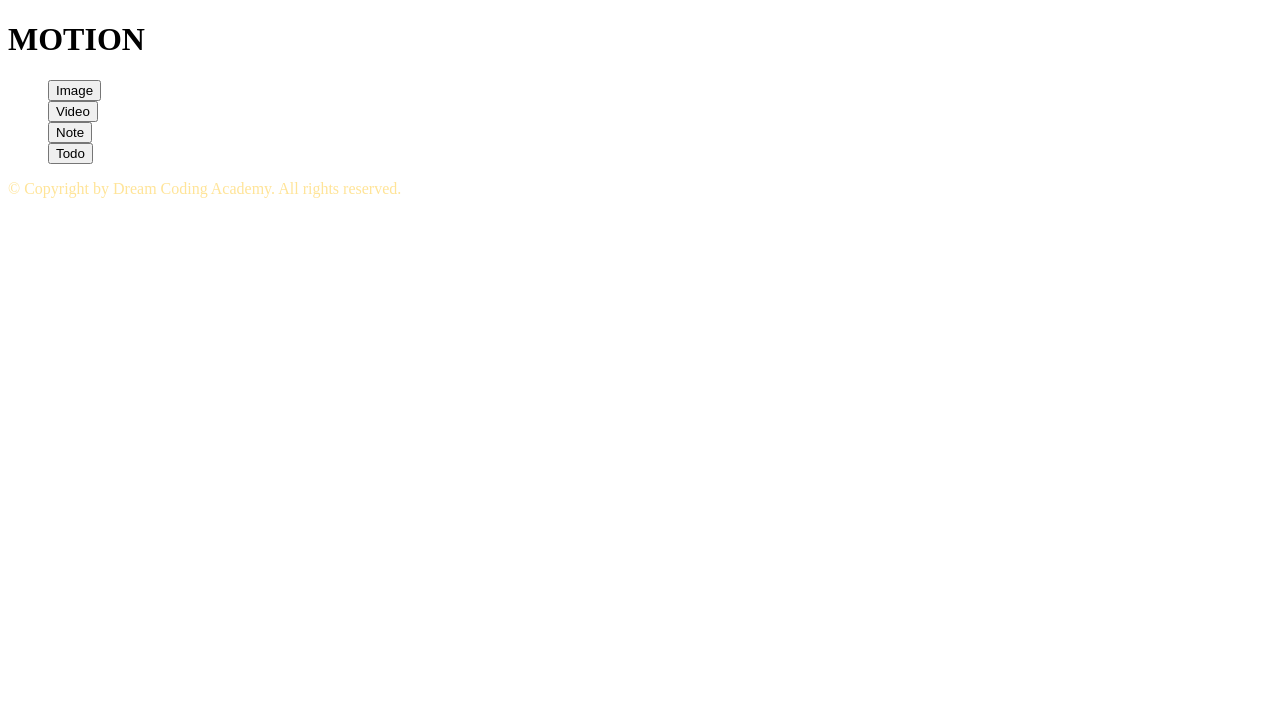
Repository: chefkuna/Motion
Page: index.html
The author's editor kept a copy of each file at every save. The page is drawn from the files as they stood at one save, then again after the next save.
The browser window is 1280 px wide. The pictures show the whole page.

Above is the page before, as saved 2022-08-21 14:34:27.
Not found: assets/background.pnfdg

After the next save:
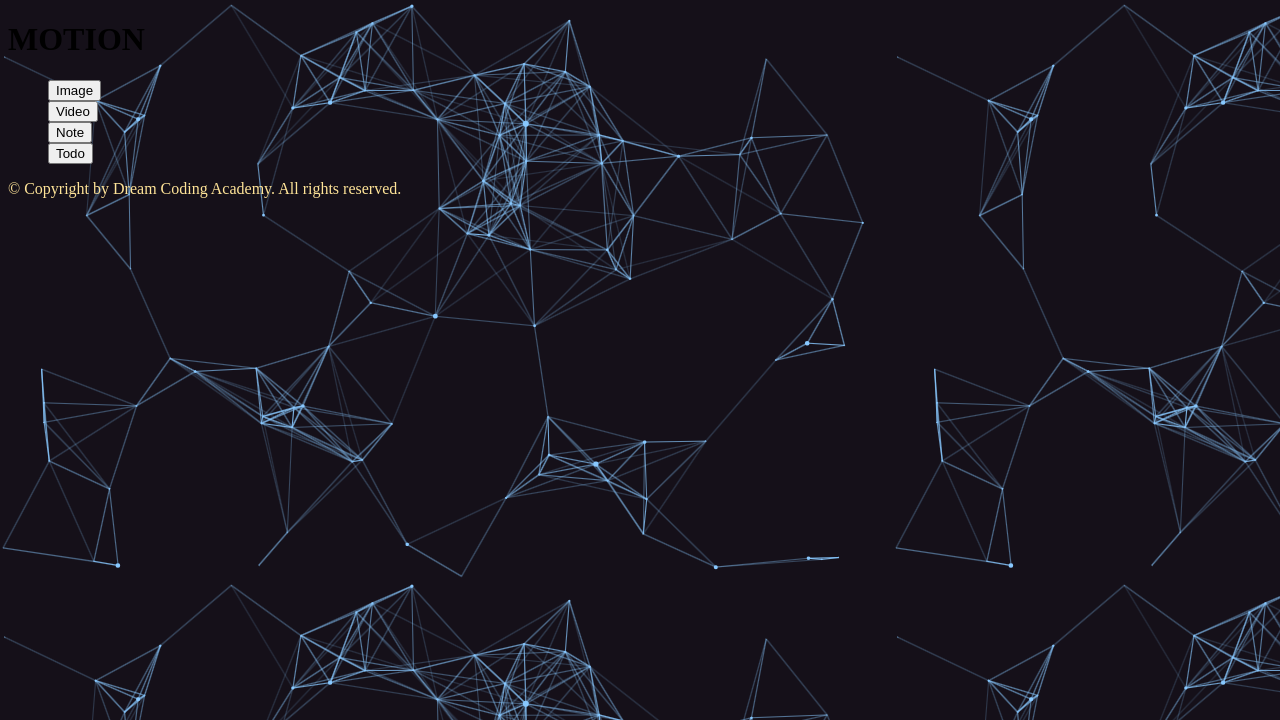
Saved 5 s later.
--- a/style/style.css
+++ b/style/style.css
@@ -23,5 +23,5 @@ p {
 }
 
 body {
-  background: url('../assets/background.pnfdg');
+  background: url('../assets/background.png');
 }
